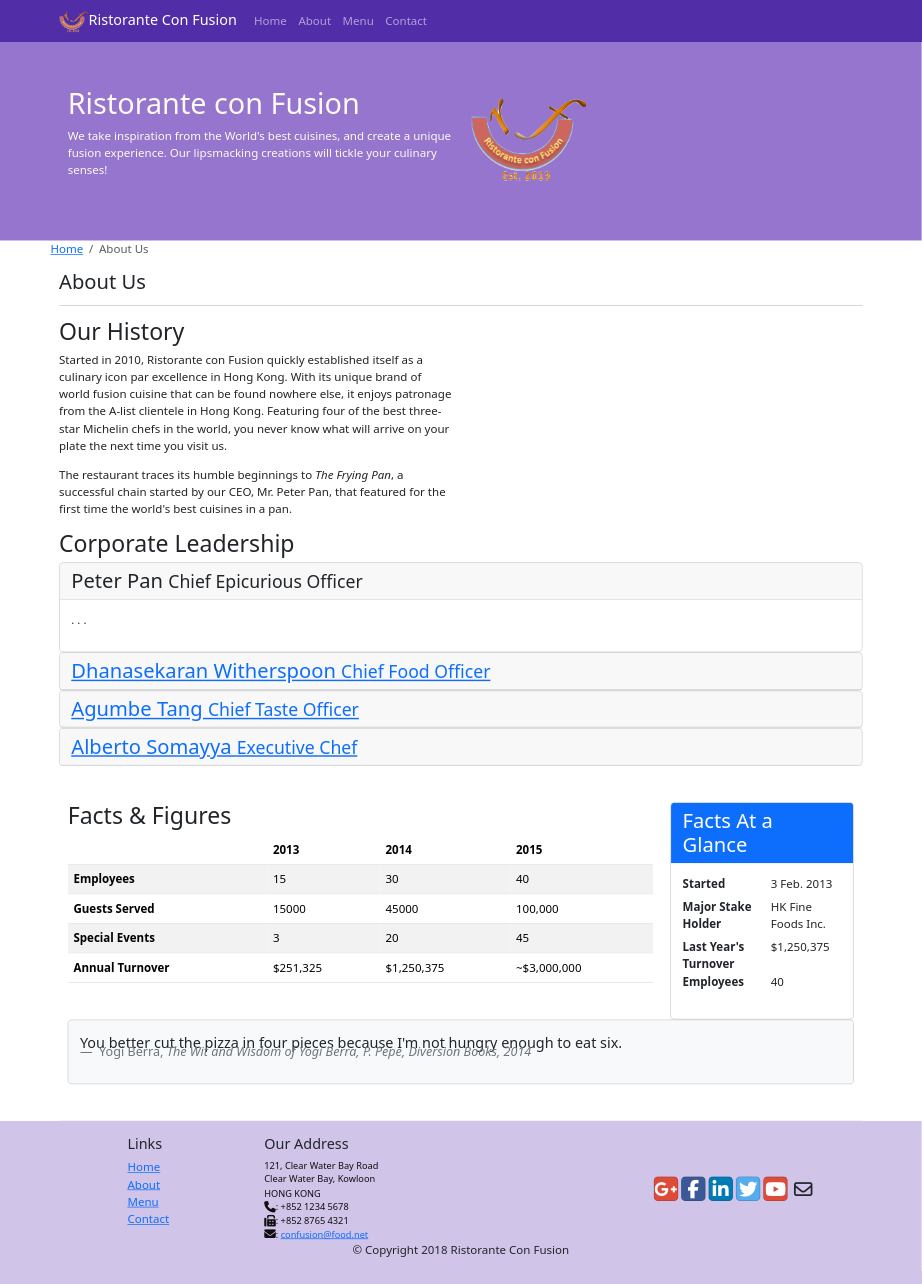
Repository: DungBuiTuan/FER201m
Page: aboutus.html
These files come from the project's save history. The page is drawn as it stood at one moment and after the next save; the edit follows.
The browser window is 1280 px wide. The pictures show the whole page, at 72% of full size.
Some web libraries are served in a nearby version.

Above is the page before, as saved 2023-05-20 11:21:27.

### aboutus.html
<!DOCTYPE html>
<html lang="en">

<head>
  <title>Ristorante Con Fusion: About Us</title>
  <meta charset="utf-8" />
  <meta name="viewport" content="width=device-width, initial-scale=1, shrink-to-fit=no" />
  <meta http-equiv="x-ua-compatible" content="ie=edge" />
  <!-- Bootstrap CSS -->
  <link rel="stylesheet" href="node_modules/bootstrap/dist/css/bootstrap.min.css" />
  <link rel="stylesheet" href="node_modules/font-awesome/css/font-awesome.min.css" />
  <link rel="stylesheet" href="node_modules/bootstrap-social/bootstrap-social.css" />
  <link href="css/styles.css" rel="stylesheet" />
</head>

<body>
  <nav class="navbar navbar-dark navbar-expand-sm fixed-top">
    <div class="container">
      <button class="navbar-toggler" type="button" data-toggle="collapse" data-target="#Navbar">
        <span class="navbar-toggler-icon"></span>
      </button>
      <a class="navbar-brand mr-auto" href="#"><img src="img/img/logo.png" height="30" width="41" />Ristorante Con
        Fusion</a>
      <div class="collapse navbar-collapse" id="Navbar">
        <ul class="navbar-nav mr-auto">
          <li class="nav-item active">
            <a class="nav-link" href="index.html">Home</a>
          </li>
          <li class="nav-item">
            <a class="nav-link" href="./aboutus.html">About</a>
          </li>
          <li class="nav-item">
            <a class="nav-link" href="LAB1/Aboutus.html">Menu</a>
          </li>
          <li class="nav-item">
            <a class="nav-link" href="contactus.html">Contact</a>
          </li>
        </ul>
      </div>
    </div>
  </nav>
  <header class="jumbotron">
    <div class="container">
      <div class="row row-header">
        <div class="col-12 col-sm-6">
          <h1>Ristorante con Fusion</h1>
          <p>
            We take inspiration from the World's best cuisines, and create a
            unique fusion experience. Our lipsmacking creations will tickle
            your culinary senses!
          </p>
        </div>
        <div class="col-12 col-sm align-self-center">
          <img src="img/img/logo.png" class="img-fluid" />
        </div>
      </div>
    </div>
  </header>

  <div class="container">
    <div class="row">
      <ol class="col-12 breadcrumb">
        <li class="breadcrumb-item"><a href="./index.html">Home</a></li>
        <li class="breadcrumb-item active">About Us</li>
      </ol>
      <div class="col-12">
        <h3>About Us</h3>
        <hr />
      </div>
    </div>

    <div class="row">
      <div class="col-12 col-sm-6 col-md-6">
        <h2>Our History</h2>
        <p>
          Started in 2010, Ristorante con Fusion quickly established itself as
          a culinary icon par excellence in Hong Kong. With its unique brand
          of world fusion cuisine that can be found nowhere else, it enjoys
          patronage from the A-list clientele in Hong Kong. Featuring four of
          the best three-star Michelin chefs in the world, you never know what
          will arrive on your plate the next time you visit us.
        </p>
        <p>
          The restaurant traces its humble beginnings to
          <em>The Frying Pan</em>, a successful chain started by our CEO, Mr.
          Peter Pan, that featured for the first time the world's best
          cuisines in a pan.
        </p>
      </div>
      <div></div>
    </div>

    <div class="row">
      <div class="col col-sm col-md">
        <h2>Corporate Leadership</h2>
        <div class="accordion">
          <div class="card">
            <div class="card-header" role="tab" id="peterhead">
              <h3 class="mb-0">
                <a data-toggle="collapse" data-target="#peter">
                  Peter Pan <small>Chief Epicurious Officer</small>
                </a>
              </h3>
            </div>
            <div class="collapse show" id="peter" data-parent="#accordion">
              <div class="card-body">
                <p class="d-none d-sm-block">. . .</p>
              </div>
            </div>
          </div>

          <div class="card">
            <div class="card-header" role="tab" id="dannyhead">
              <h3 class="mb-0">
                <a class="collapsed" data-toggle="collapse" data-target="#danny">
                  Dhanasekaran Witherspoon <small>Chief Food Officer</small>
                </a>
              </h3>
            </div>
            <div class="collapse" id="danny" data-parent="#accordion">
              <div class="card-body">
                <p class="d-none d-sm-block">. . .</em></p>
              </div>
            </div>
          </div>
          <div class="card">
            <div class="card-header" role="tab" id="agumbehead">
              <h3 class="mb-0">
                <a class="collapsed" data-toggle="collapse" data-target="#agumbe">
                  Agumbe Tang <small>Chief Taste Officer</small>
                </a>
              </h3>
            </div>
            <div class="collapse" id="agumbe" data-parent="#accordion">
              <div class="card-body">
                <p class="d-none d-sm-block">. . .</p>
              </div>
            </div>
          </div>
          <div class="card">
            <div class="card-header" role="tab" id="albertohead">
              <h3 class="mb-0">
                <a class="collapsed" data-toggle="collapse" data-target="#alberto">
                  Alberto Somayya <small>Executive Chef</small>
                </a>
              </h3>
            </div>
            <div class="collapse" id="alberto" data-parent="#accordion">
              <div class="card-body">
                <p class="d-none d-sm-block">. . .</em></p>
              </div>
            </div>
          </div>

        </div>
      </div>
    </div>
    <div class="row row-content">
      <div class="col-12 col-sm-9">
        <h2>Facts &amp; Figures</h2>
        <div class="table-responsive">
          <table class="table table-striped">
            <thead class="thead-dark thead-inverse">
              <tr>
                <th>&nbsp;</th>
                <th>2013</th>
                <th>2014</th>
                <th>2015</th>
              </tr>
            </thead>
            <tbody>
              <tr>
                <th>Employees</th>
                <td>15</td>
                <td>30</td>
                <td>40</td>
              </tr>
              <tr>
                <th>Guests Served</th>
                <td>15000</td>
                <td>45000</td>
                <td>100,000</td>
              </tr>
              <tr>
                <th>Special Events</th>
                <td>3</td>
                <td>20</td>
                <td>45</td>
              </tr>
              <tr>
                <th>Annual Turnover</th>
                <td>$251,325</td>
                <td>$1,250,375</td>
                <td>~$3,000,000</td>
              </tr>
            </tbody>
          </table>
        </div>
      </div>
      <div class="col-12 col-sm-3">
        <div class="card">
          <h3 class="card-header bg-primary text-white">Facts At a Glance</h3>
          <div class="card-body">
            <dl class="row">
              <dt class="col-6">Started</dt>
              <dd class="col-6">3 Feb. 2013</dd>
              <dt class="col-6">Major Stake Holder</dt>
              <dd class="col-6">HK Fine Foods Inc.</dd>
              <dt class="col-6">Last Year's Turnover</dt>
              <dd class="col-6">$1,250,375</dd>
              <dt class="col-6">Employees</dt>
              <dd class="col-6">40</dd>
            </dl>
          </div>
        </div>
      </div>
      <div class="col-12">
        <div class="card card-body bg-light">
          <blockquote class="blockquote">
            <p class="mb-0">
              You better cut the pizza in four pieces because I'm not hungry
              enough to eat six.
            </p>
            <footer class="blockquote-footer">
              Yogi Berra,
              <cite title="Source Title">The Wit and Wisdom of Yogi Berra, P. Pepe, Diversion Books,
                2014</cite>
            </footer>
          </blockquote>
        </div>
      </div>
    </div>
  </div>
  <footer class="footer">
    <div class="container">
      <div class="row">
        <div class="col-4 offset-1 col-sm-2">
          <h5>Links</h5>
          <ul class="list-unstyled">
            <li><a href="#">Home</a></li>
            <li><a href="#">About</a></li>
            <li><a href="#">Menu</a></li>
            <li><a href="#">Contact</a></li>
          </ul>
        </div>
        <div class="col-7 col-sm-5">
          <h5>Our Address</h5>
          <address>
            121, Clear Water Bay Road<br />
            Clear Water Bay, Kowloon<br />
            HONG KONG<br />
            <i class="fa fa-phone fa-lg"></i>: +852 1234 5678<br />
            <i class="fa fa-fax fa-lg"></i>: +852 8765 4321<br />
            <i class="fa fa-envelope fa-lg"></i>:
            <a href="mailto:confusion@food.net">confusion@food.net</a>
          </address>
        </div>
        <div class="col-12 col-sm-4 align-self-center">
          <div class="text-center">
            <a class="btn btn-social-icon btn-google" href="http://google.com/+"><i class="fa fa-google-plus"></i></a>
            <a class="btn btn-social-icon btn-facebook" href="http://www.facebook.com/profile.php?id="><i
                class="fa fa-facebook"></i></a>
            <a class="btn btn-social-icon btn-linkedin" href="http://www.linkedin.com/in/"><i
                class="fa fa-linkedin"></i></a>
            <a class="btn btn-social-icon btn-twitter" href="http://twitter.com/"><i class="fa fa-twitter"></i></a>
            <a class="btn btn-social-icon btn-google" href="http://youtube.com/"><i class="fa fa-youtube"></i></a>
            <a class="btn btn-social-icon" href="mailto:"><i class="fa fa-envelope-o"></i></a>
          </div>
        </div>
      </div>
      <div class="row justify-content-center">
        <div class="col-auto">
          <p>© Copyright 2018 Ristorante Con Fusion</p>
        </div>
      </div>
    </div>
  </footer>
  <script src="node_modules/jquery/dist/jquery.slim.min.js"></script>
  <script src="node_modules/popper.js/dist/umd/popper.min.js"></script>
  <script src="node_modules/bootstrap/dist/js/bootstrap.min.js"></script>
</body>

</html>

### css/styles.css
body{
    padding:50px 0px 0px 0px;
    z-index:0;
}

.navbar-dark {
     background-color: #512DA8;
}

.row-header{
    margin:0px auto;
    padding:0px;
}

.row-content {
    margin:0px auto;
    padding: 50px 0px 50px 0px;
    border-bottom: 1px ridge;
    min-height:400px;
}

.footer{
    background-color: #D1C4E9;
    margin:0px auto;
    padding: 20px 0px 20px 0px;
}

.jumbotron {
    padding:70px 30px 70px 30px;
    margin:0px auto;
    background: #9575CD ;
    color:floralwhite;
}

address{
    font-size:80%;
    margin:0px;
    color:#0f0f0f;
}

.tab-content {
    border-left: 1px solid #ddd;
    border-right: 1px solid #ddd;
    border-bottom: 1px solid #ddd;
    padding: 10px;
}

Loaded but not shown: LAB1/bootstrap-social.css (library)

After the next save:
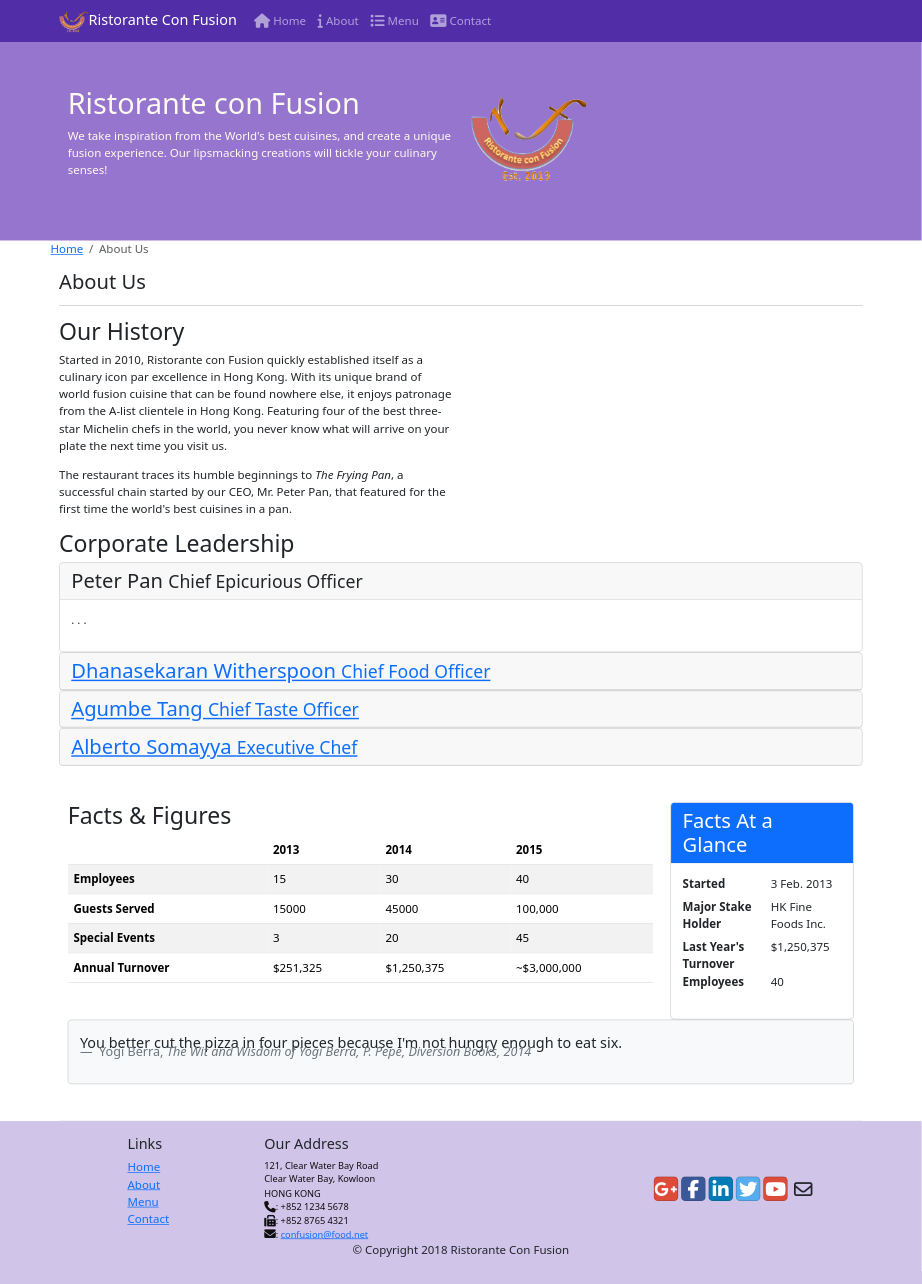
Saved 3 min 32 s later.
--- a/aboutus.html
+++ b/aboutus.html
@@ -16,24 +16,36 @@
 <body>
   <nav class="navbar navbar-dark navbar-expand-sm fixed-top">
     <div class="container">
-      <button class="navbar-toggler" type="button" data-toggle="collapse" data-target="#Navbar">
+      <button
+        class="navbar-toggler"
+        type="button"
+        data-toggle="collapse"
+        data-target="#Navbar"
+      >
         <span class="navbar-toggler-icon"></span>
       </button>
-      <a class="navbar-brand mr-auto" href="#"><img src="img/img/logo.png" height="30" width="41" />Ristorante Con
-        Fusion</a>
+      <a class="navbar-brand mr-auto" href="#"><img src="img/img/logo.png" height="30" width="41">Ristorante Con Fusion</a>
       <div class="collapse navbar-collapse" id="Navbar">
         <ul class="navbar-nav mr-auto">
+          <li class="nav-item">
+            <a class="nav-link" href="./index.html"
+              ><span class="fa fa-home fa-lg"></span> Home</a
+            >
+          </li>
           <li class="nav-item active">
-            <a class="nav-link" href="index.html">Home</a>
+            <a class="nav-link" href="./aboutus.html"
+              ><span class="fa fa-info fa-lg"></span> About</a
+            >
           </li>
           <li class="nav-item">
-            <a class="nav-link" href="./aboutus.html">About</a>
-          </li>
-          <li class="nav-item">
-            <a class="nav-link" href="LAB1/Aboutus.html">Menu</a>
-          </li>
-          <li class="nav-item">
-            <a class="nav-link" href="contactus.html">Contact</a>
+            <a class="nav-link" href="#"
+              ><span class="fa fa-list fa-lg"></span> Menu</a
+            >
+          </li>
+          <li class="nav-item ">
+            <a class="nav-link" href="contactus.html"
+              ><span class="fa fa-address-card fa-lg"></span> Contact</a
+            >
           </li>
         </ul>
       </div>
